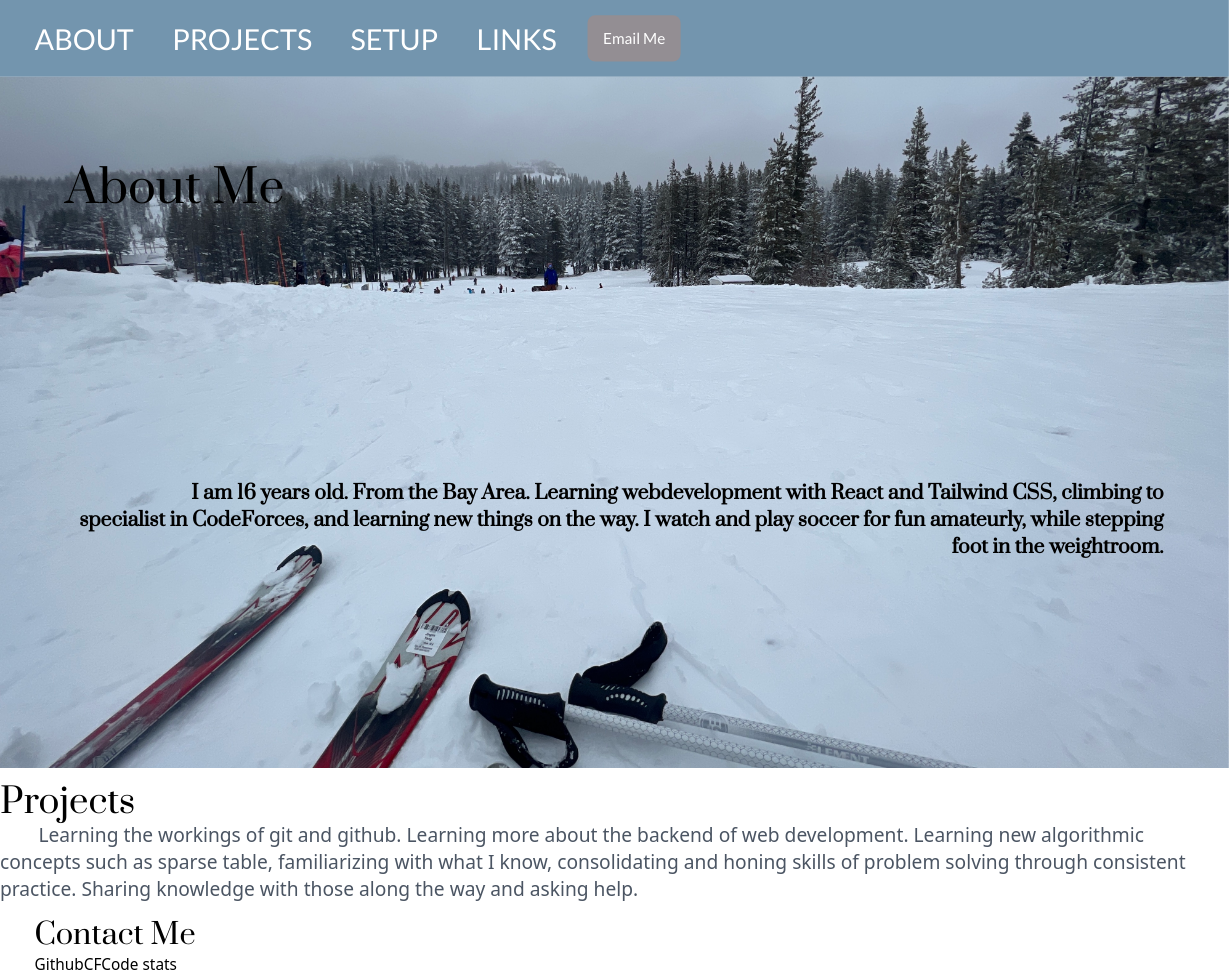
Repository: joshuayanggithub/joshua-yang-website
Page: /
An editor plug-in stored every save of this project. The page is shown before and after the next save, followed by the edit.
The browser window is 1280 px wide. The pictures show the whole page, at 96% of full size.
Some web fonts or font styles are not loaded; a fallback is used. The project was rebuilt for these pictures with package versions that can differ from the ones it lists, and the page was loaded fresh each time.

Above is the page before, as saved 2023-01-08 03:04:11.

### public/index.html
<!DOCTYPE html>
<html lang="en">
  <head>
    <meta charset="utf-8" />
    <link rel="icon" href="%PUBLIC_URL%/favicon.ico" />
    <meta name="viewport" content="width=device-width, initial-scale=1" />
    <meta name="theme-color" content="#000000" />
    <meta
      name="description"
      content="Web site created using create-react-app"
    />
    <link rel="apple-touch-icon" href="%PUBLIC_URL%/logo192.png" />
    <!--
      manifest.json provides metadata used when your web app is installed on a
      user's mobile device or desktop. See https://developers.google.com/web/fundamentals/web-app-manifest/
    -->
    <link rel="manifest" href="%PUBLIC_URL%/manifest.json" />
    <!--
      Notice the use of %PUBLIC_URL% in the tags above.
      It will be replaced with the URL of the `public` folder during the build.
      Only files inside the `public` folder can be referenced from the HTML.

      Unlike "/favicon.ico" or "favicon.ico", "%PUBLIC_URL%/favicon.ico" will
      work correctly both with client-side routing and a non-root public URL.
      Learn how to configure a non-root public URL by running `npm run build`.
    -->
    <title>Joshua Yang</title>
  </head>
  <body>
    <noscript>You need to enable JavaScript to run this app.</noscript>
    <div id="root"></div>
    <!--
      This HTML file is a template.
      If you open it directly in the browser, you will see an empty page.

      You can add webfonts, meta tags, or analytics to this file.
      The build step will place the bundled scripts into the <body> tag.

      To begin the development, run `npm start` or `yarn start`.
      To create a production bundle, use `npm run build` or `yarn build`.
    -->
  </body>
</html>

### src/index.css
@import url('https://fonts.googleapis.com/css2?family=Lato:ital,wght@0,100;0,300;0,400;0,700;0,900;1,100;1,400;1,700;1,900&display=swap');

@import url('https://fonts.googleapis.com/css2?family=Prata&display=swap');

@import url('https://fonts.googleapis.com/css2?family=Sofia&display=swap');

@tailwind base;
@tailwind components;
@tailwind utilities;

### src/App.js
import NavBar from "./components/NavBar";
import About from "./components/About";
import Contacts from "./components/Contacts";
import Setup from "./components/Setup";
import Projects from "./components/Projects";

function App() {
  return (
    <>
      <NavBar />
      <About />
      <Projects />
      <Setup />
      <Contacts />
    </>
  );
}

export default App;

### src/components/NavBar.jsx
import React, {useState} from "react";
import {AiOutlineMenu,AiOutlineClose} from 'react-icons/ai'
import Button from './Button'

const NavBar = () => {
  const [nav, setNav] = useState(true) //react hooks!

  const toggleNav = () => {
    setNav(!nav)
  }

  const links = [
    {'id': 1, 'name': 'About'},
    {'id': 2, 'name': 'Projects'},
    {'id': 3, 'name': 'Setup'},
    {'id': 4, 'name': 'Links'}
  ]

  const closeButton = (
    <div><AiOutlineClose> size={100}</AiOutlineClose></div>
  )

  const menuButton = (
    <div><AiOutlineMenu> size={100} </AiOutlineMenu></div>
  )

  return (
    <div class="md:flex bg-sasskyblue w-full justify-between items-center h-20 mx-auto px-4">
      <div onClick={toggleNav} class="md:hidden">
        {nav ? <AiOutlineMenu> size={40}</AiOutlineMenu>: null}
      </div>

      <div class={!nav ? 'hidden' : "flex items-center "}>
        <ul class="md:flex">
          {
            links.map((link) =>
              <li key={link.id}>
                <a href='#About' class="text-3xl text-white px-5 hover:bg-sasnavyblue hover:font-bold duration-300 uppercase font-navheader">{link.name}</a>
              </li>
            )
          }
        </ul>
        <Button> Email Me </Button>
      </div>

      <div class={!nav ? 'fixed left-0 top-0 w-[30%] h-full border-r border-r-gray-600 bg-sasnavyblue ease-in duration-1000' : "fixed hidden"}>
        <h1 class="font-cursive text-5xl font-bold text-blue-200 m-10">Jy.</h1>
        <ul class="p-4">
          {
            links.map((link) =>
              <li key={link.id} class="p-4 border-b border-b-gray-400">
                <a href='#About' class="text-2xl text-white p-5 hover:bg-sasnavyblue hover:font-bold duration-300 uppercase font-navheader">{link.name}</a>
              </li>
            )
          }
        </ul>
      </div>

      <div onClick={toggleNav}>
        {nav ? null : closeButton }
      </div>
    </div>
  );
};

export default NavBar;

### src/components/About.jsx
import React from 'react'

const About = () => {
  return (
    <div class="h-screen py-10 px-5" style={{backgroundImage: "url(/imgs/snow_background.jpg)",  height: '100vh', width: "100vw", backgroundRepeat: "no-repeat",  backgroundPosition: 'left', backgroundSize: 'cover',}}>
      <h1 class="py-10 px-8 my-3 mx-4 text-black font-pageheader text-5xl max-w-4xl">About Me</h1>
      <p class="py-40 justify-between px-8 my-20 mx-4 indent-10 text-black text-xl font-pageheader font-extrabold text-end" >I am 16 years old. From the Bay Area. Learning webdevelopment with React and Tailwind CSS, climbing to specialist in CodeForces, and learning new things on the way. I watch and play soccer for fun amateurly, while stepping foot in the weightroom. </p>
    </div>
  );
}

export default About

### src/components/Contacts.jsx
import React from 'react'

const Contacts = () => {
  return (
    <div class="mx-5 px-4">
      <h1 class="text-3xl font-pageheader ">Contact Me</h1>
      <a href="https://github.com/joshuayanggithub">Github</a>
      <a href="https://codeforces.com/profile/JoshuaYang">CF</a>
      <a href="https://wakatime.com/@joshuayang">Code stats</a>
    </div>
  );
}

export default Contacts

### src/components/Setup.jsx
import React from 'react'

const Setup = () => {
  return (
    <div>

    </div>
  );
}

export default Setup

### src/components/Projects.jsx
import React from 'react'

const Projects = () => {
  return (
    <div class="my-4">
      <h1 class="text-black text-4xl font-pageheader">Projects</h1>
      <p class="indent-10 text-gray-600 text-xl">
        Learning the workings of git and github. Learning more about the backend of web development. Learning new algorithmic concepts such as sparse table, familiarizing with what I know,  consolidating and honing skills of problem solving through consistent practice. Sharing knowledge with those along the way and asking help.
      </p>
    </div>
  );
}

export default Projects

### src/components/Button.jsx
import React from "react";

const Button = (props) => {
  return (
    <button class="bg-sasgrey text-white font-navheader py-3  px-4 mx-3 rounded-lg">
      {props.children}
    </button>
  );
}

export default Button

### tailwind.config.js
/** @type {import('tailwindcss').Config} */
module.exports = {
  content: [
    "./src/components/*.{html,js,jsx}",
    "./src/**/*.{html,js,jsx}",
  ],
  theme: {
    screens: {
      'sm': '640px',
      // => @media (min-width: 640px) { ... }

      'md': '768px',
      // => @media (min-width: 768px) { ... }

      'lg': '1024px',
      // => @media (min-width: 1024px) { ... }

      'xl': '1280px',
      // => @media (min-width: 1280px) { ... }

      '2xl': '1536px',
      // => @media (min-width: 1536px) { ... }
    },
    extend: {
      colors: {
        'sasblack':'#5D5C61',
        'sasgrey': '#938e93',
        'sasskyblue': '#7395AE',
        'sasnavyblue': '#557A95',
        'sasgold':'#B1A296',
      }
    },
    fontFamily: {
      navheader: ['Lato',],
      pageheader: ['Prata',],
      cursive:['Sofia'],
    },
  },
  plugins: [],
}

Loaded but not shown: src/index.js (common file)

After the next save:
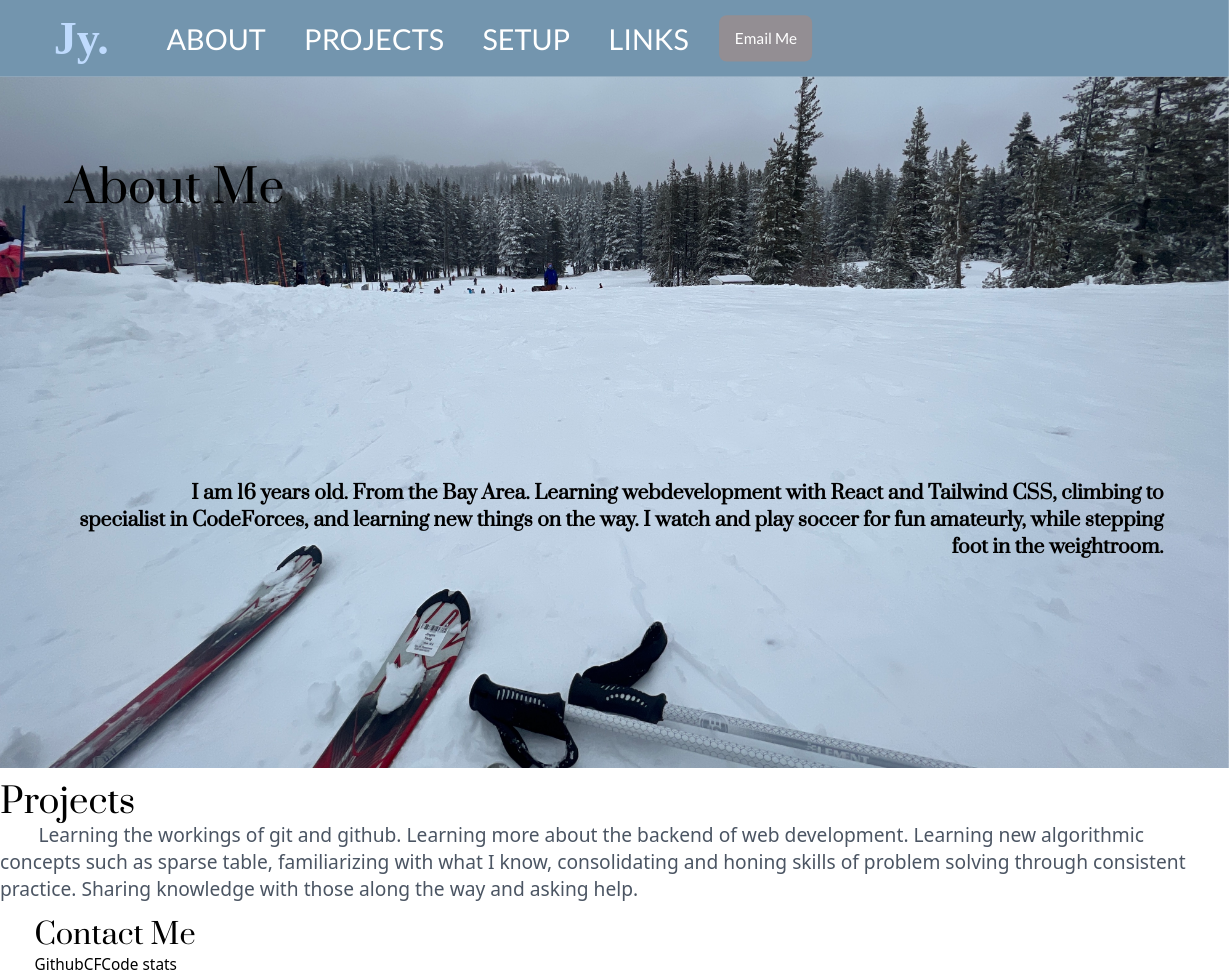
Saved 28 s later.
--- a/src/components/NavBar.jsx
+++ b/src/components/NavBar.jsx
@@ -31,6 +31,7 @@ const NavBar = () => {
       </div>
 
       <div class={!nav ? 'hidden' : "flex items-center "}>
+        <h1 class="font-cursive text-5xl font-bold text-blue-200 m-10">Jy.</h1>
         <ul class="md:flex">
           {
             links.map((link) =>
